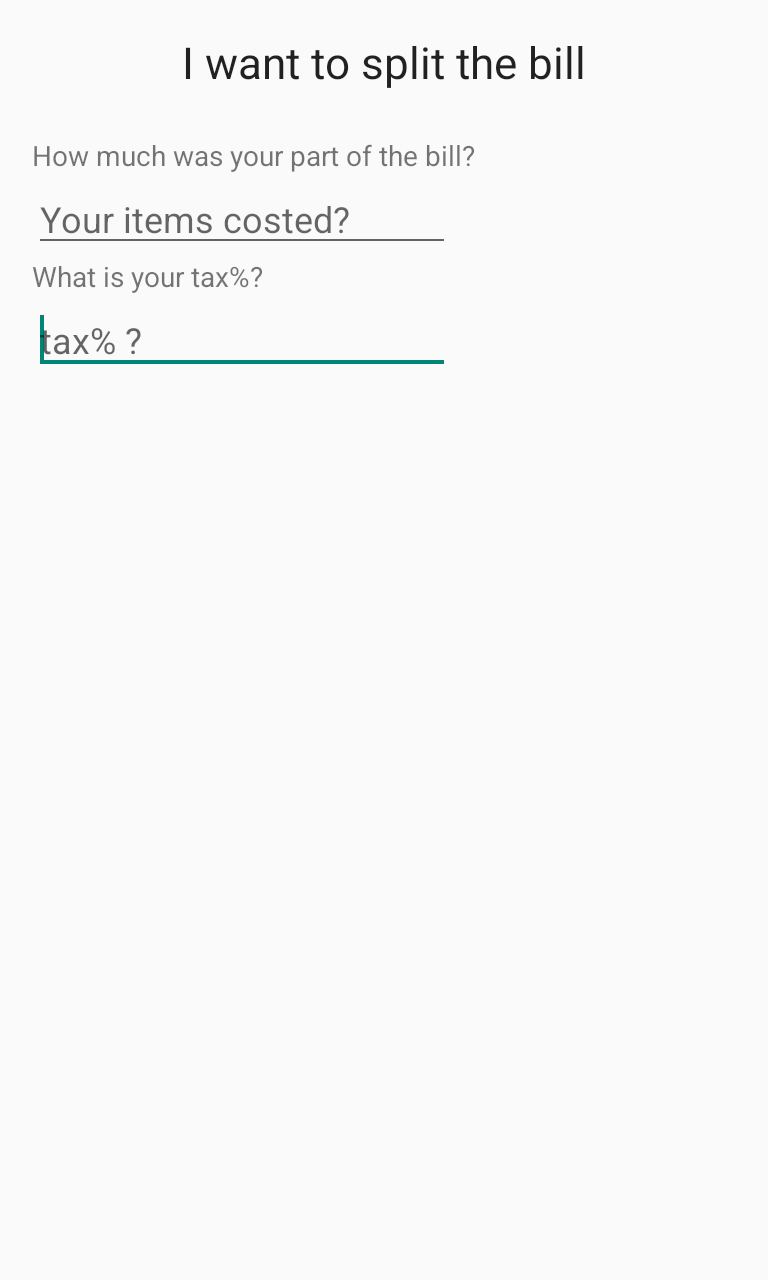
Repository: any027/BillHelper
Layout: BillHelper/res/layout/split_bill.xml
These files come from the project's save history. The layout is drawn as it stood at one moment and after the next save; the edit follows.
It is drawn on a 768 x 1280 px phone screen (xhdpi) without system bars, with theme AppTheme; the app's code is not run.

Above is the layout before, as saved 2015-07-04 03:44:16.

### BillHelper/res/layout/split_bill.xml
<RelativeLayout xmlns:android="http://schemas.android.com/apk/res/android"
    xmlns:tools="http://schemas.android.com/tools"
    android:layout_width="match_parent"
    android:layout_height="match_parent"
    android:paddingBottom="@dimen/activity_vertical_margin"
    android:paddingLeft="@dimen/activity_horizontal_margin"
    android:paddingRight="@dimen/activity_horizontal_margin"
    android:paddingTop="@dimen/activity_vertical_margin"
    tools:context="com.example.billhelper.MainActivity$PlaceholderFragment" >

    <TextView
        android:id="@+id/section_label"
        android:layout_width="wrap_content"
        android:layout_height="wrap_content" />

    <TextView
        android:id="@+id/splitTitle"
        android:layout_width="wrap_content"
        android:layout_height="wrap_content"
        android:layout_centerHorizontal="true"
        android:text="@string/splitting"
        android:textAppearance="?android:attr/textAppearanceLarge" />

    <TextView
        android:id="@+id/myPartOfBill"
        android:layout_width="wrap_content"
        android:layout_height="wrap_content"
        android:layout_alignLeft="@+id/section_label"
        android:layout_below="@+id/section_label"
        android:layout_marginTop="33dp"
        android:text="@string/my_part"
        />

    <EditText
        android:id="@+id/myPartOfBillEdit"
        android:layout_width="wrap_content"
        android:layout_height="wrap_content"
        android:layout_alignLeft="@+id/myPartOfBill"
        android:layout_below="@+id/myPartOfBill"
        android:ems="10"
        android:inputType="numberDecimal"
        android:hint="Your items costed?">

        <requestFocus />
    </EditText>

    <TextView
        android:id="@+id/What is tax?"
        android:layout_width="wrap_content"
        android:layout_height="wrap_content"
        android:layout_alignLeft="@+id/myPartOfBillEdit"
        android:layout_below="@+id/myPartOfBillEdit"
        android:text="@string/tax" />

    <EditText
        android:id="@+id/editText1"
        android:layout_width="wrap_content"
        android:layout_height="wrap_content"
        android:layout_alignLeft="@+id/What is tax?"
        android:layout_below="@+id/What is tax?"
        android:ems="10"
        android:inputType="numberDecimal"
        android:hint="tax% ?" >

        <requestFocus />
    </EditText>

</RelativeLayout>

### BillHelper/res/values/strings.xml
<?xml version="1.0" encoding="utf-8"?>
<resources>

    <string name="app_name">Bill helper</string>
    <string name="title_section1">Home Screen</string>
    <string name="title_section2">How much do I tip?</string>
    <string name="title_section3">How much did I tip?</string>
    <string name="title_section4">I want to split the Bill</string>
    <string name="navigation_drawer_open">Open navigation drawer</string>
    <string name="navigation_drawer_close">Close navigation drawer</string>
    <string name="action_example">Example action</string>
    <string name="action_settings">Settings</string>
    <string name="welcome">Welcome to Bill Helper!</string>
    <string name="welcome_question">What do you need help with?</string>
    <string name="did_i_tip">How much did I tip?</string>
    <string name="do_i_tip">How much is tip?</string>
    <string name="splitting">I want to split the bill</string>
    <string name="bill_total">What was the total?</string>
    <string name="percent_tip">How much do you want to tip?</string>
    <string name="my_part">"How much was your part of the bill?</string>
    <string name="tax">What is your tax%?</string>

</resources>

Loaded but not shown: BillHelper/res/values/styles.xml (common file); BillHelper/res/values-v11/styles.xml (common file); BillHelper/res/values-v14/styles.xml (common file); BillHelper/res/values/dimens.xml (common file); BillHelper/res/values-w820dp/dimens.xml (common file)

After the next save:
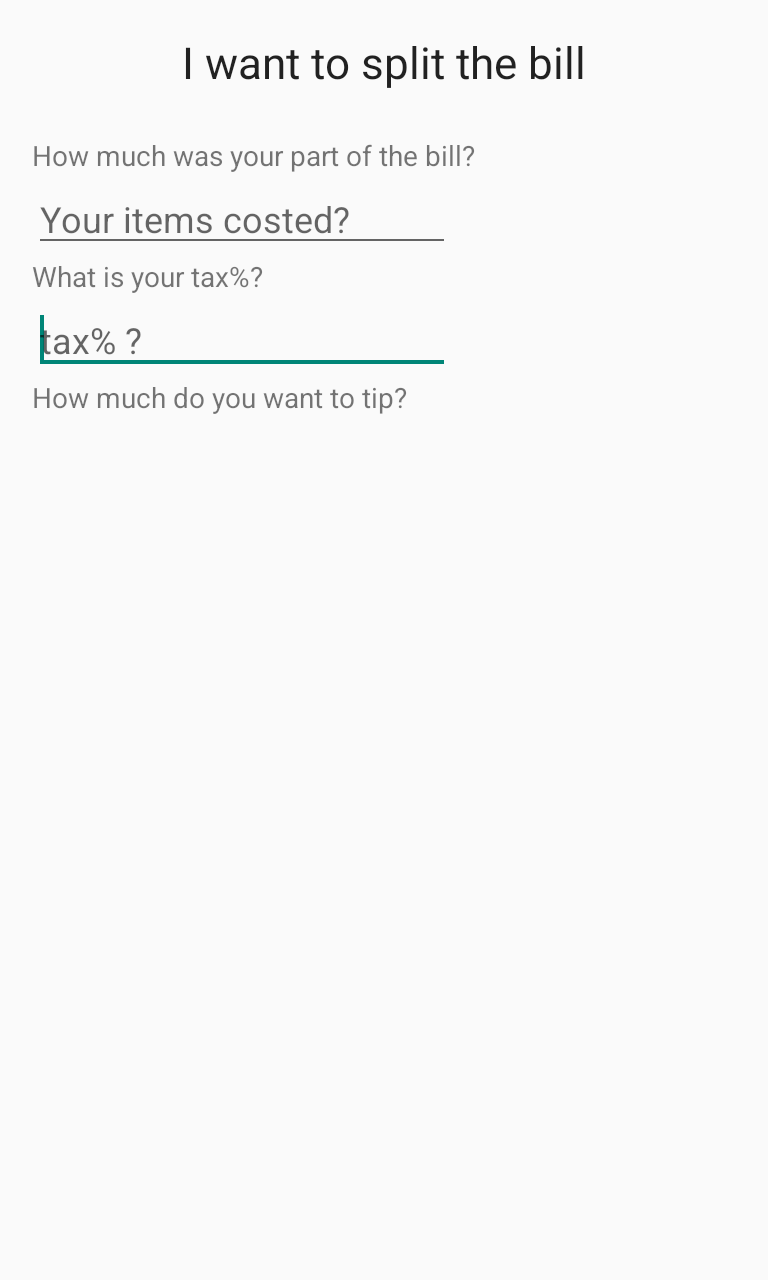
Saved 6 min 54 s later.
--- a/BillHelper/res/layout/split_bill.xml
+++ b/BillHelper/res/layout/split_bill.xml
@@ -65,4 +65,12 @@
         <requestFocus />
     </EditText>
 
+    <TextView
+        android:id="@+id/textView1"
+        android:layout_width="wrap_content"
+        android:layout_height="wrap_content"
+        android:layout_alignLeft="@+id/editText1"
+        android:layout_below="@+id/editText1"
+        android:text="@string/percent_tip" />
+
 </RelativeLayout>
